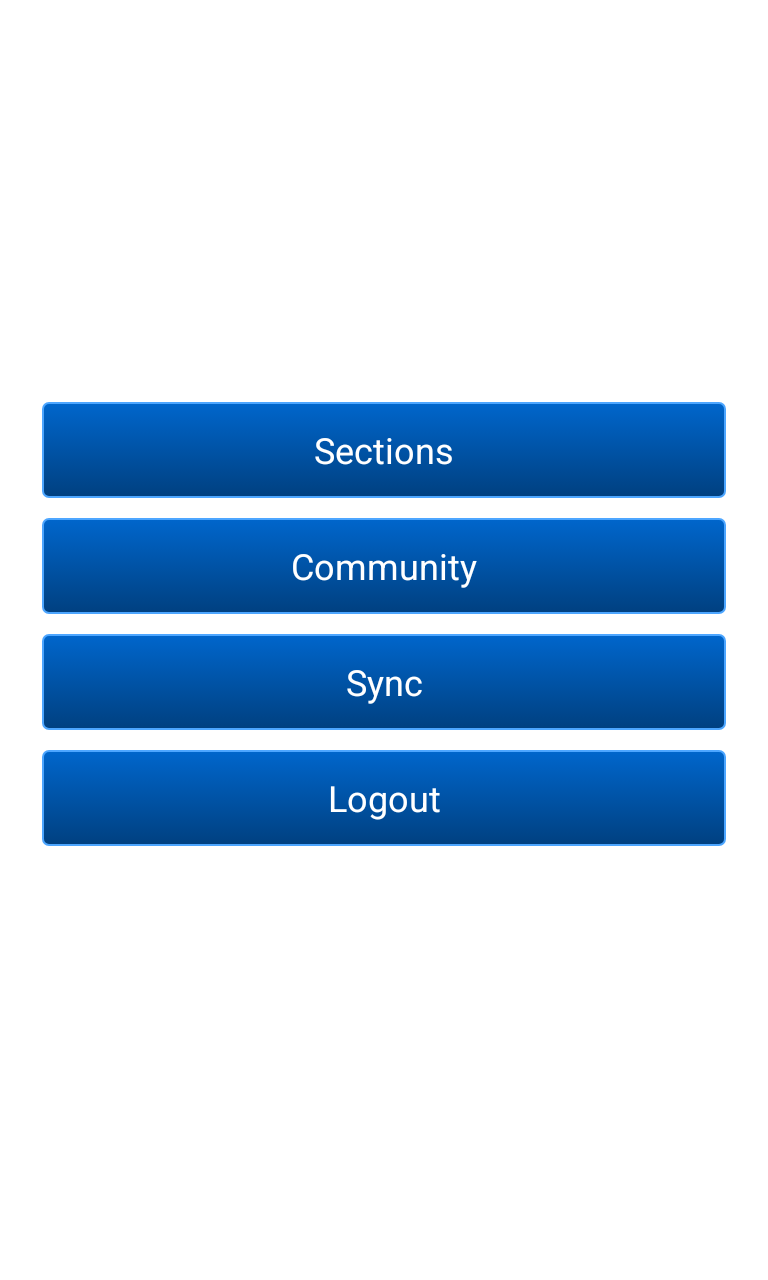
Repository: prabushitha/hydrosaver
Layout: hydrosaver/res/layout/activity_home.xml
An editor plug-in stored every save of this project. The layout is shown before and after the next save, followed by the edit.
Pictures or frames that could not be fetched are drawn as grey boxes. It is drawn on a 768 x 1280 px phone screen (xhdpi) without system bars, with theme AppTheme; the app's code is not run.

Above is the layout before, as saved 2016-10-08 06:22:56.

After the next save:
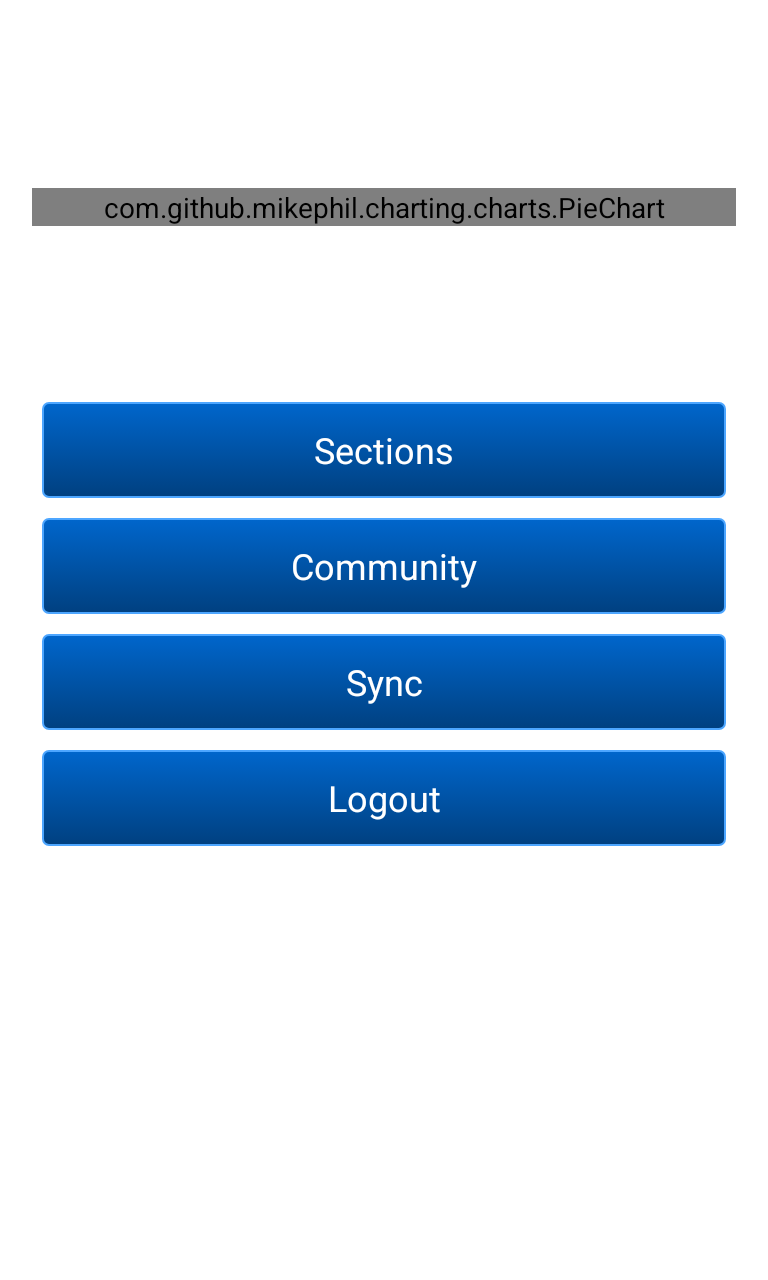
Saved 2 min 11 s later.
--- a/hydrosaver/res/layout/activity_home.xml
+++ b/hydrosaver/res/layout/activity_home.xml
@@ -27,7 +27,7 @@
 		         <TableRow >
 			        <com.github.mikephil.charting.charts.PieChart
 						    android:layout_width="match_parent"
-						    android:layout_height="0dp"
+						    android:layout_height="match_parent"
 						    android:id="@+id/graphMainPie">
 
 					</com.github.mikephil.charting.charts.PieChart>
